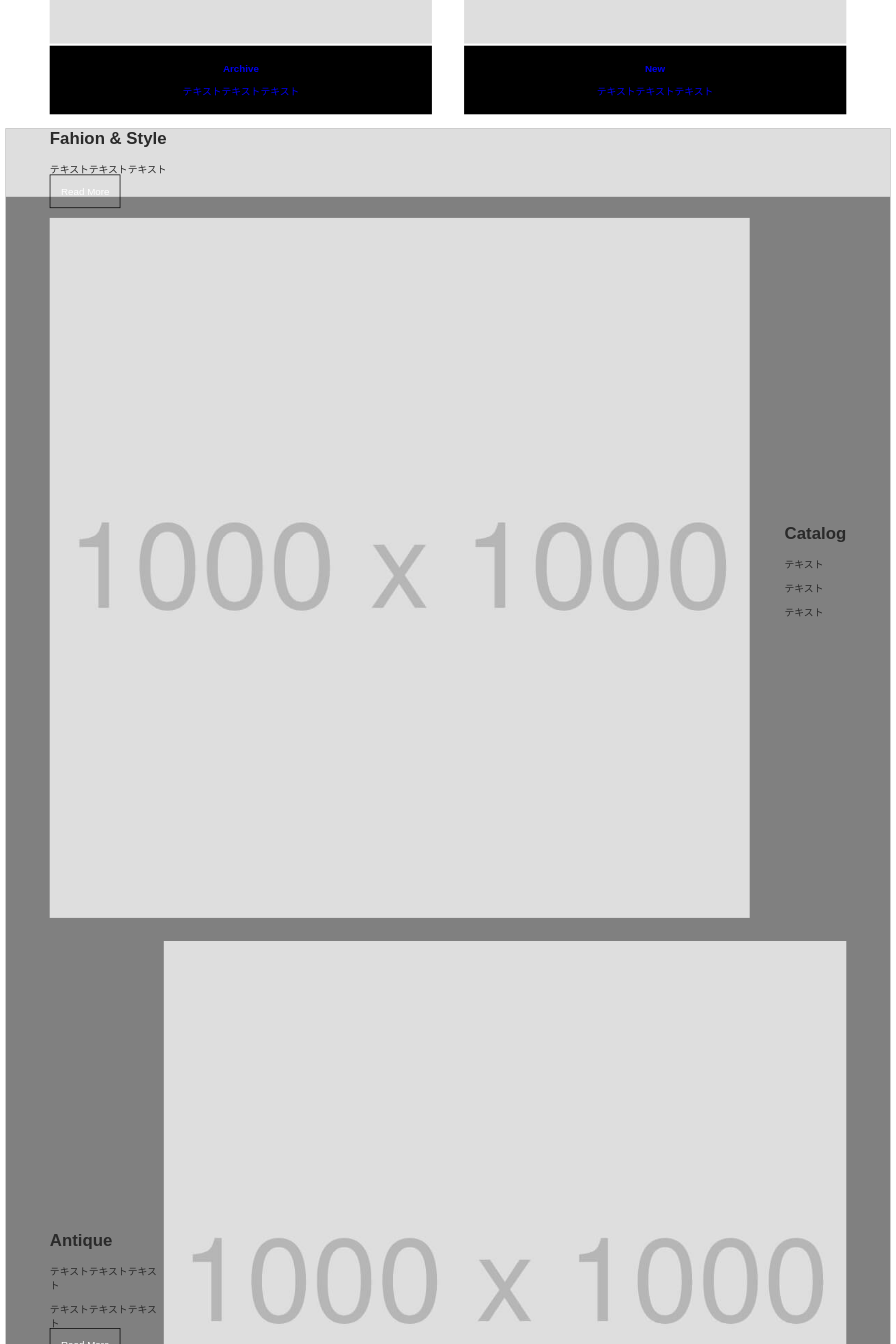
Repository: Fuki-san/bookstore
Page: http://localhost/book
The author's editor kept a copy of each file at every save. The page is drawn from the files as they stood at one save, then again after the next save.
The browser window is 1280 px wide. The pictures show the part of the page from y = 595 to 2515 px (the page is 3084 px tall), at 70% of full size.
The page is served by the project's Laravel application, run on PHP 8.4 with Laravel 10. Other server files are loaded and not shown.

Above is the page before, as saved 2023-11-21 13:38:11.

### routes/web.php
<?php

use Illuminate\Support\Facades\Route;

/*
|--------------------------------------------------------------------------
| Web Routes
|--------------------------------------------------------------------------
|
| Here is where you can register web routes for your application. These
| routes are loaded by the RouteServiceProvider and all of them will
| be assigned to the "web" middleware group. Make something great!
|
*/

Route::get('/', function () {
    return view('welcome');
});

Route::get('book', function() {
    return view('bookstore');
})->name('book');

### resources/views/bookstore.blade.php
@extends('layouts.main')

@section('title', 'bookstore')

@section('content')
    <header id="header">
        <h1 class="site-title"><a href="#"><img src="img/logo.svg"></a></h1>
    </header>

    <main>
        <section class="wrapper" id="magazine">
            <h2 class="sec-title">A special, long article in a newspaper or magazine</h2>
            <p>テキストテキストテキスト</p>
            <div class="flex-item">
                <a href="#" class="item"><img src="img/magazine-archive.jpg"><div class="text"><p class="title">Archive</p><p>テキストテキストテキスト</p></div></a>
                <a href="#" class="item"><img src="img/magazine-new.jpg"><div class="text"><p class="title">New</p><p>テキストテキストテキスト</p></div></a>
            </div>
        </section>
        <section class="wrapper" id="fashion">
            <h2 class="sec-title">Fahion & Style</h2>
            <p>テキストテキストテキスト</p>
            <a href="#" class="btn">Read More</a>
        </section>
        <section id="catalog-antique">
            <div class="flex-item wrapper">
                <div class="item">
                    <img src="img/catalog.jpg">
                </div>
                <div class="item">
                    <h2 class="sec-title">Catalog</h2>
                    <p>テキスト</p>
                    <p>テキスト</p>
                    <p>テキスト</p>
                </div>
            </div>
        </section>

        <section id="catalog-antique">
            <div class="flex-item wrapper">
                <div class="item">
                    <h2 class="sec-title">Antique</h2>
                    <p>テキストテキストテキスト</p>
                    <p>テキストテキストテキスト</p>
                    <a href="#" class="btn">Read More</a>
                </div>
                <div class="item">
                    <img src="img/antique.jpg">
                </div>
            </div>
        </section>
    </main>

    <footer id="footer">
        <div class="flex-item wrapper">
            <div class="item"><a href="#"><img src="img/logo.svg"></a></div>
            <div class="item">
                <p class="title">タイトル</p>
                <ul>
                    <li>テキストテキストテキスト</li>
                    <li>テキストテキストテキスト</li>
                    <li>テキストテキストテキスト</li>
                </ul>
            </div>
            <div class="item">
                <p>テキストテキストテキストテキストテキスト</p>
            </div>
        </div>
        <p class="copyright">&copy; Mag88</p>
    </footer>
@endsection

### resources/views/layouts/main.blade.php
<!DOCTYPE html>
<html lang="ja">
<head>
    <meta charset="UTF-8">
    <meta name="viewport" content="width=device-width, initial-scale=1.0">
    <meta http-equiv="X-UA-Compatible" content="ie=edge">
    <link rel="stylesheet" href="{{ asset('css/reset.css') }}">
    <link rel="stylesheet" href="{{ asset('css/style.css') }}">
    <link rel="icon" href="img/favicon.ico">
    <title>@yield('title')</title>
</head>
<body>
    @yield('content')
</body>
</html>

### public/css/style.css
@charset "utf-8";

html{
    font-size: 100%;
}
body{
    font-size: 0.875rem;
    color: #2a2a2a;
    font-family: "Arial", "Hiragino Sans", "Hiragino Kaku Gothic ProN", "Meiryo", sans-serif;
}
a{
    text-decoration: none;
}
a:hover{
    opacity: 0.7;
}
img{
    max-width: 100%;
}
li{
    list-style: none;
}
/* content */
.wrapper{
    padding: 0 5%;
    margin: 0 auto;
    max-width: 1200px;
}
.sec-title{
    font-size: 1.5rem;
    margin-bottom: 20px;
}
/* btn */
.flex-item{
    display: flex;
    justify-content: space-between;
    align-items: center;
}
.site-title{
    position: absolute;
    top: 30px;
    right: 30px;
}
#header{
    background-image: url(../img/mainvisual.jpg);
    background-position: center top;
    background-repeat: no-repeat;
    background-size: cover;
    position: relative;
    margin: 0 0 30px 0;
}


#magazine .flex-item .item{
    width: 48%;
}
#magazine .text{
    background-color: black;
    text-align: center;
    padding: 10px 15px;
}
#magazine .title{
    font-weight: bold;
}
#fashion{
    background-image: url(../img/fashion.jpg);
    background-position: center bottom;
    background-repeat: no-repeat;
    background-size: cover;
    background-color: gray;
}
.btn{
    padding: 15px;
    border: solid 1px black;
    color: #fff;
}
#catalog-antique{
    background-color: gray;
    padding-top: 30px;
}
#footer{
    background-color: #242424;
}
#footer .item{
    width: 32%;
}

.copyright{
    background-color: #fff;
    text-align: center;
}

### public/img/logo.svg
<?xml version="1.0" encoding="utf-8"?>
<!-- Generator: Adobe Illustrator 15.1.0, SVG Export Plug-In . SVG Version: 6.00 Build 0)  -->
<!DOCTYPE svg PUBLIC "-//W3C//DTD SVG 1.1//EN" "http://www.w3.org/Graphics/SVG/1.1/DTD/svg11.dtd">
<svg version="1.1" id="レイヤー_1" xmlns="http://www.w3.org/2000/svg" xmlns:xlink="http://www.w3.org/1999/xlink" x="0px"
	 y="0px" width="120px" height="40px" viewBox="0 0 120 40" enable-background="new 0 0 120 40" xml:space="preserve">
<text transform="matrix(1 0 0 1 11.667 -25.8213)" fill="#2B3137" font-family="'Arial-BoldMT'" font-size="31.8021">Mag88</text>
<rect fill="#2A2A2A" width="120" height="40"/>
<g>
	<path fill="#FFFFFF" d="M13.351,29.333V6.568h6.879l4.13,15.529l4.084-15.529h6.895v22.765h-4.271v-17.92l-4.519,17.92h-4.425
		l-4.503-17.92v17.92H13.351z"/>
	<path fill="#FFFFFF" d="M43.134,17.872l-3.96-0.714c0.445-1.595,1.211-2.774,2.299-3.54c1.087-0.766,2.701-1.149,4.845-1.149
		c1.946,0,3.396,0.23,4.348,0.69c0.952,0.461,1.623,1.047,2.011,1.756c0.389,0.709,0.582,2.01,0.582,3.904l-0.046,5.094
		c0,1.449,0.069,2.518,0.21,3.207c0.139,0.688,0.4,1.426,0.783,2.213h-4.316c-0.113-0.29-0.254-0.72-0.419-1.289
		c-0.073-0.259-0.124-0.43-0.155-0.513c-0.746,0.725-1.543,1.269-2.392,1.63c-0.849,0.363-1.755,0.544-2.718,0.544
		c-1.697,0-3.035-0.46-4.014-1.382s-1.467-2.086-1.467-3.494c0-0.932,0.222-1.762,0.667-2.492c0.444-0.73,1.069-1.289,1.871-1.677
		c0.802-0.389,1.959-0.728,3.471-1.018c2.039-0.383,3.452-0.739,4.239-1.071v-0.435c0-0.839-0.207-1.437-0.621-1.794
		s-1.195-0.535-2.345-0.535c-0.776,0-1.382,0.152-1.817,0.458C43.755,16.571,43.403,17.106,43.134,17.872z M48.973,21.413
		c-0.559,0.187-1.444,0.409-2.655,0.668c-1.212,0.259-2.003,0.512-2.376,0.761c-0.569,0.403-0.854,0.916-0.854,1.537
		c0,0.61,0.227,1.14,0.683,1.584c0.456,0.445,1.035,0.667,1.739,0.667c0.787,0,1.537-0.258,2.252-0.775
		c0.527-0.394,0.875-0.875,1.04-1.444c0.114-0.373,0.171-1.081,0.171-2.128V21.413z"/>
	<path fill="#FFFFFF" d="M57.157,30.419l4.984,0.605c0.083,0.58,0.274,0.979,0.574,1.196c0.414,0.311,1.066,0.466,1.957,0.466
		c1.139,0,1.992-0.171,2.563-0.512c0.383-0.229,0.673-0.596,0.869-1.104c0.135-0.362,0.202-1.029,0.202-2.003v-2.407
		c-1.304,1.781-2.95,2.672-4.938,2.672c-2.215,0-3.97-0.938-5.264-2.811c-1.015-1.48-1.521-3.324-1.521-5.529
		c0-2.764,0.664-4.875,1.995-6.335c1.33-1.46,2.983-2.189,4.962-2.189c2.039,0,3.721,0.896,5.046,2.687v-2.314h4.084V27.64
		c0,1.946-0.161,3.4-0.481,4.363s-0.771,1.719-1.351,2.268c-0.58,0.549-1.354,0.979-2.321,1.289
		c-0.969,0.311-2.192,0.466-3.673,0.466c-2.795,0-4.778-0.479-5.947-1.437c-1.17-0.957-1.755-2.172-1.755-3.642
		C57.141,30.802,57.147,30.626,57.157,30.419z M61.054,20.745c0,1.75,0.339,3.031,1.017,3.844c0.679,0.813,1.515,1.219,2.508,1.219
		c1.066,0,1.967-0.416,2.703-1.25c0.734-0.834,1.102-2.068,1.102-3.703c0-1.709-0.352-2.977-1.056-3.805s-1.595-1.242-2.671-1.242
		c-1.045,0-1.907,0.406-2.586,1.219C61.393,17.839,61.054,19.079,61.054,20.745z"/>
	<path fill="#FFFFFF" d="M79.797,17.05c-1.129-0.477-1.949-1.131-2.462-1.965c-0.513-0.833-0.769-1.746-0.769-2.74
		c0-1.697,0.593-3.101,1.778-4.208c1.185-1.107,2.87-1.662,5.054-1.662c2.164,0,3.844,0.554,5.039,1.662
		c1.196,1.108,1.794,2.511,1.794,4.208c0,1.056-0.274,1.995-0.823,2.818c-0.549,0.822-1.32,1.451-2.313,1.887
		c1.263,0.508,2.224,1.248,2.88,2.221c0.658,0.973,0.986,2.096,0.986,3.369c0,2.102-0.67,3.811-2.011,5.125
		s-3.124,1.972-5.349,1.972c-2.071,0-3.795-0.544-5.172-1.63c-1.625-1.284-2.438-3.045-2.438-5.28c0-1.231,0.305-2.362,0.916-3.394
		C77.52,18.403,78.482,17.608,79.797,17.05z M80.293,22.407c0,1.201,0.309,2.138,0.924,2.811c0.616,0.673,1.385,1.01,2.307,1.01
		c0.9,0,1.646-0.324,2.236-0.971c0.59-0.647,0.885-1.582,0.885-2.803c0-1.066-0.301-1.924-0.9-2.57
		c-0.602-0.646-1.361-0.971-2.283-0.971c-1.066,0-1.861,0.367-2.383,1.103C80.555,20.751,80.293,21.548,80.293,22.407z
		 M80.698,12.655c0,0.869,0.246,1.547,0.737,2.034c0.491,0.486,1.146,0.729,1.964,0.729c0.828,0,1.491-0.246,1.988-0.737
		s0.745-1.173,0.745-2.042c0-0.818-0.246-1.473-0.737-1.965c-0.492-0.491-1.142-0.737-1.949-0.737c-0.838,0-1.506,0.249-2.003,0.745
		C80.946,11.18,80.698,11.837,80.698,12.655z"/>
	<path fill="#FFFFFF" d="M97.484,17.05c-1.128-0.477-1.948-1.131-2.462-1.965c-0.512-0.833-0.768-1.746-0.768-2.74
		c0-1.697,0.592-3.101,1.777-4.208c1.186-1.107,2.871-1.662,5.055-1.662c2.164,0,3.844,0.554,5.039,1.662
		c1.195,1.108,1.793,2.511,1.793,4.208c0,1.056-0.273,1.995-0.822,2.818c-0.549,0.822-1.32,1.451-2.314,1.887
		c1.264,0.508,2.224,1.248,2.881,2.221c0.658,0.973,0.986,2.096,0.986,3.369c0,2.102-0.67,3.811-2.012,5.125
		c-1.34,1.314-3.123,1.972-5.349,1.972c-2.071,0-3.794-0.544-5.171-1.63c-1.625-1.284-2.438-3.045-2.438-5.28
		c0-1.231,0.305-2.362,0.916-3.394C95.207,18.403,96.168,17.608,97.484,17.05z M97.981,22.407c0,1.201,0.308,2.138,0.924,2.811
		c0.615,0.673,1.385,1.01,2.307,1.01c0.9,0,1.646-0.324,2.235-0.971c0.591-0.647,0.886-1.582,0.886-2.803
		c0-1.066-0.301-1.924-0.901-2.57s-1.361-0.971-2.282-0.971c-1.066,0-1.861,0.367-2.384,1.103S97.981,21.548,97.981,22.407z
		 M98.385,12.655c0,0.869,0.245,1.547,0.736,2.034c0.492,0.486,1.146,0.729,1.965,0.729c0.828,0,1.49-0.246,1.988-0.737
		c0.496-0.491,0.744-1.173,0.744-2.042c0-0.818-0.246-1.473-0.736-1.965c-0.492-0.491-1.143-0.737-1.949-0.737
		c-0.839,0-1.506,0.249-2.004,0.745C98.633,11.18,98.385,11.837,98.385,12.655z"/>
</g>
</svg>

After the next save:
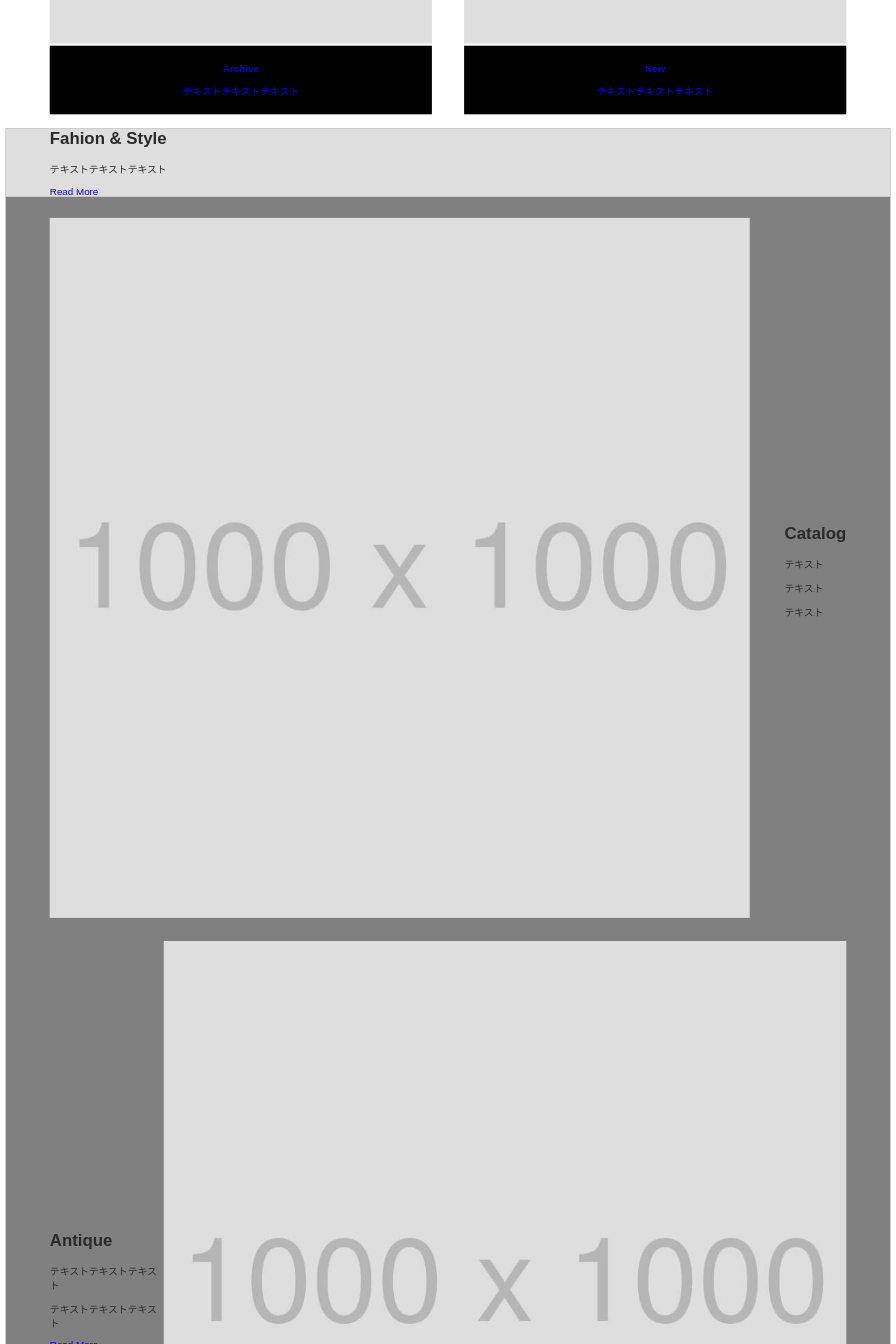
Saved 7 s later.
--- a/public/css/style.css
+++ b/public/css/style.css
@@ -69,11 +69,7 @@ li{
     background-size: cover;
     background-color: gray;
 }
-.btn{
-    padding: 15px;
-    border: solid 1px black;
-    color: #fff;
-}
+
 #catalog-antique{
     background-color: gray;
     padding-top: 30px;

After the 2 saves that followed:
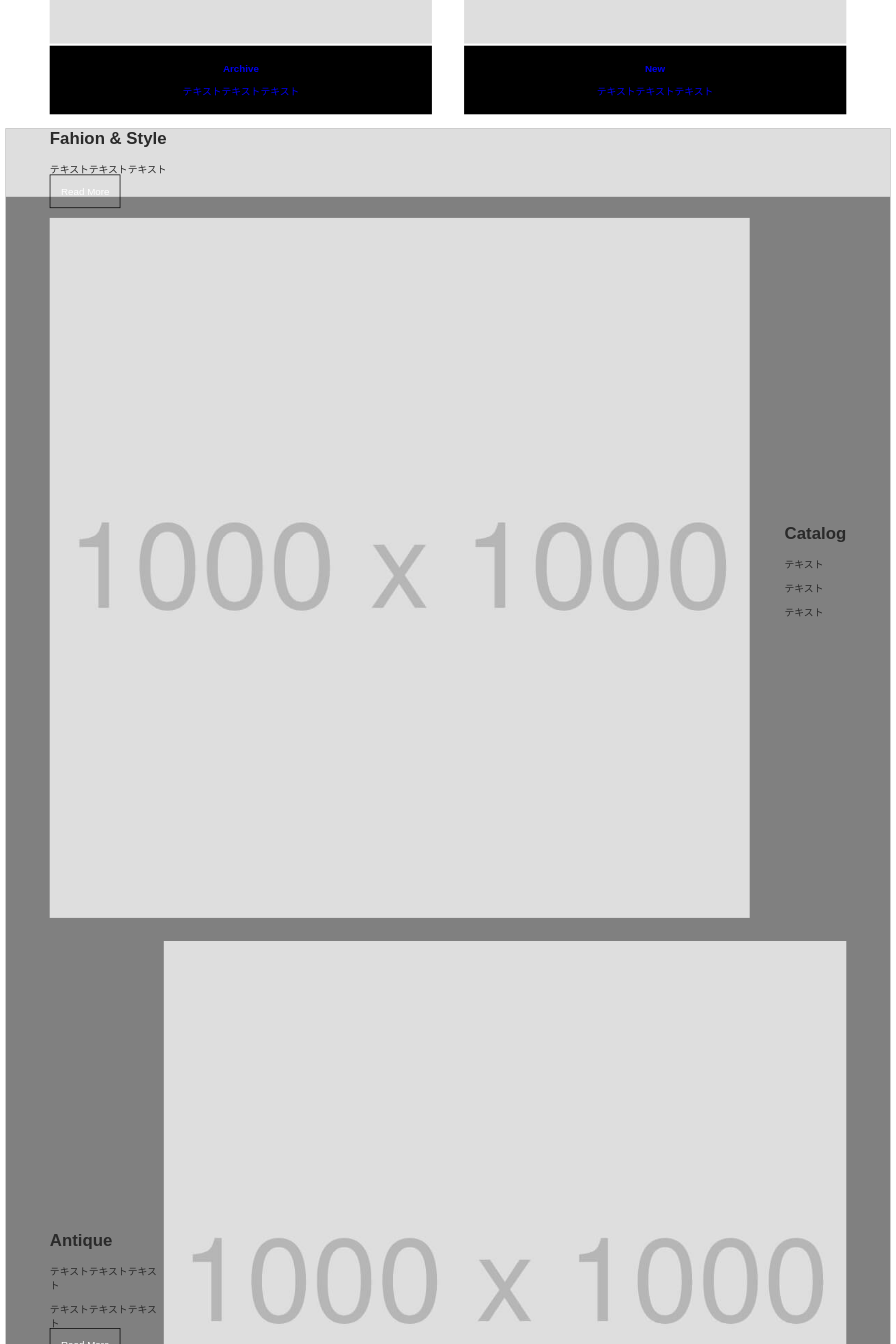
The 2 saves are shown as one change because they came seconds apart.
The last was saved 6 s later.
--- a/public/css/style.css
+++ b/public/css/style.css
@@ -31,6 +31,13 @@ li{
     margin-bottom: 20px;
 }
 /* btn */
+
+.btn{
+    padding: 15px;
+    border: solid 1px black;
+    color: #fff;
+}
+
 .flex-item{
     display: flex;
     justify-content: space-between;
